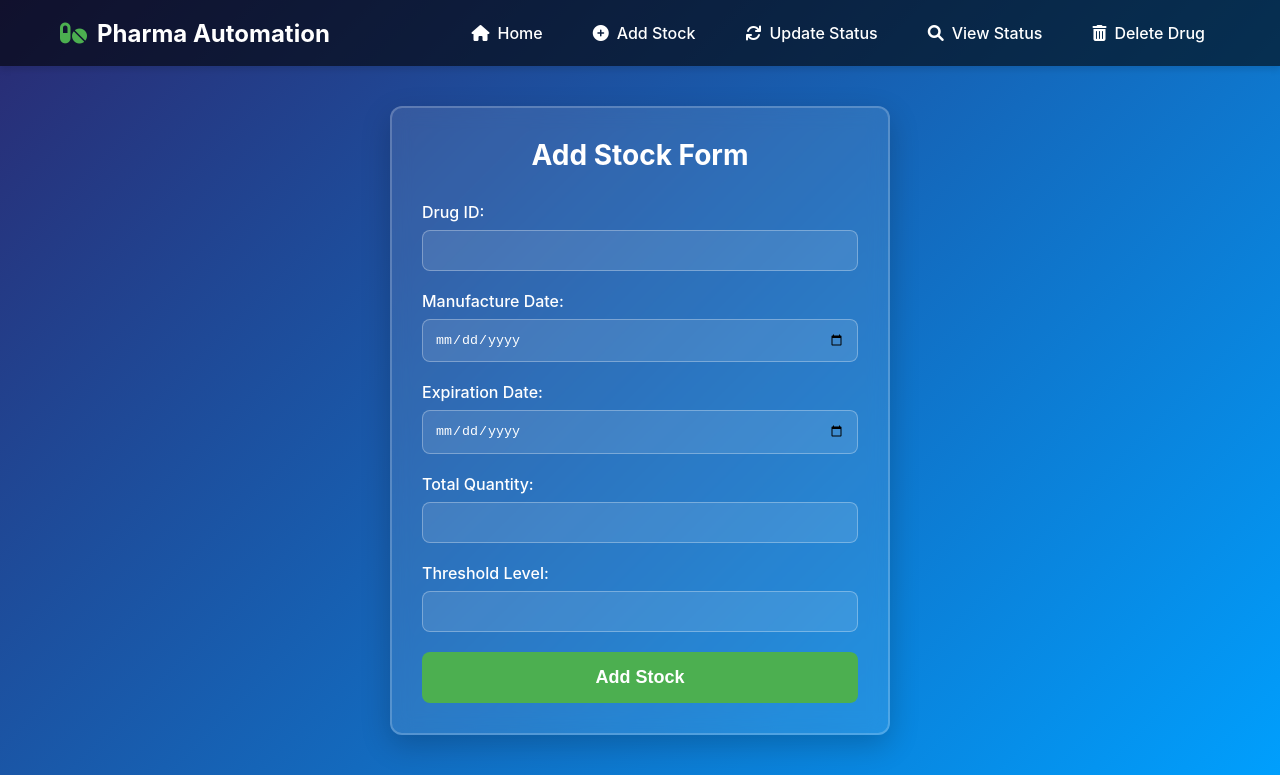
Repository: Clarrieous/Infosys-intern
Page: http://localhost/addstock
An editor plug-in stored every save of this project. The page is shown before and after the next save, followed by the edit.
The browser window is 1280 px wide. The pictures show the whole page.
The page is this project's Thymeleaf template; nobody is signed in. The template is opened directly, without the code that normally fills it, so the values that code supplies are empty.

Above is the page before, as saved 2024-12-08 19:28:56.

After the next save:
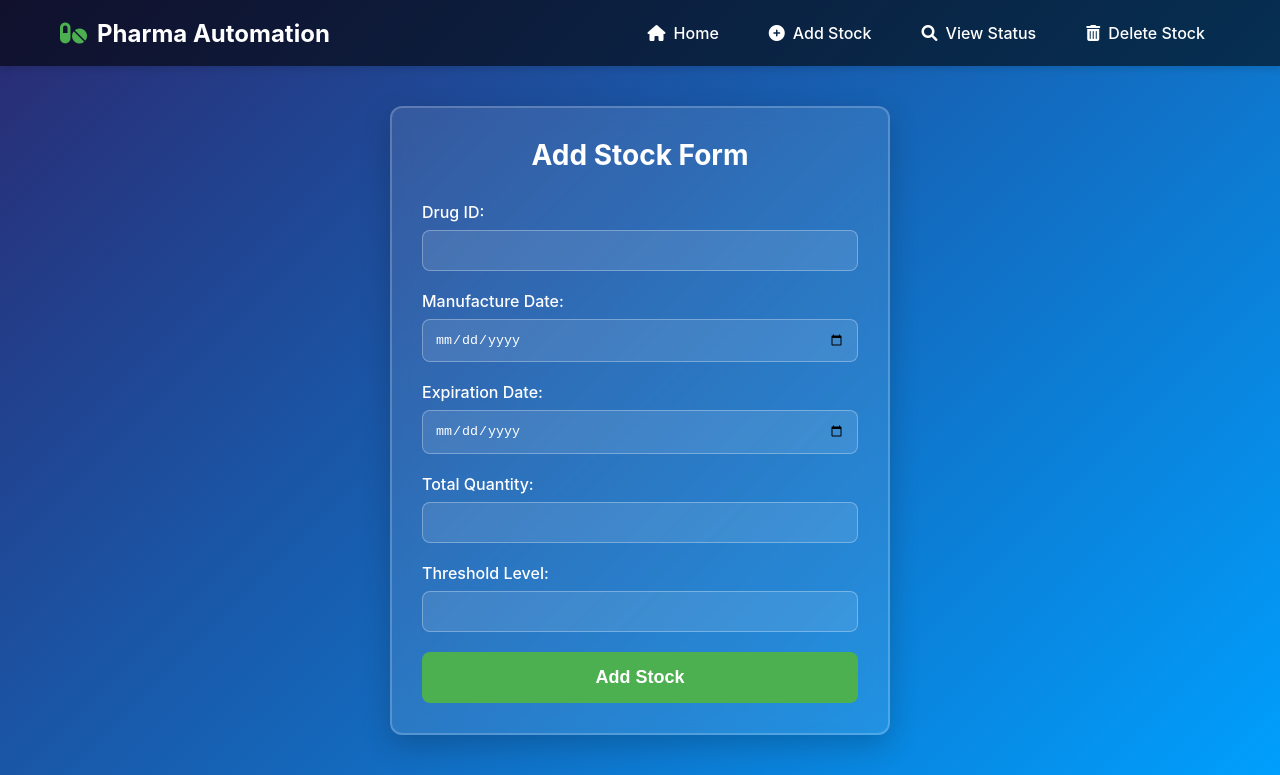
Saved 67 s later.
--- a/ClientService/src/main/resources/templates/addstock.html
+++ b/ClientService/src/main/resources/templates/addstock.html
@@ -209,9 +209,9 @@
             <ul class="nav-menu">
                 <li><a th:href="@{/Home}"><i class="fa-solid fa-house"></i>Home</a></li>
                 <li><a th:href="@{/addStock}"><i class="fas fa-plus-circle"></i>Add Stock</a></li>
-                <li><a th:href="@{/updateStatus}"><i class="fas fa-sync"></i>Update Status</a></li>
+
                 <li><a th:href="@{/viewDrugStatus}"><i class="fas fa-search"></i>View Status</a></li>
-                <li><a th:href="@{/deleteDrug}"><i class="fas fa-trash-alt"></i>Delete Drug</a></li>
+                <li><a th:href="@{/deleteStock}"><i class="fas fa-trash-alt"></i>Delete Stock</a></li>
             </ul>
         </div>
     </nav>
